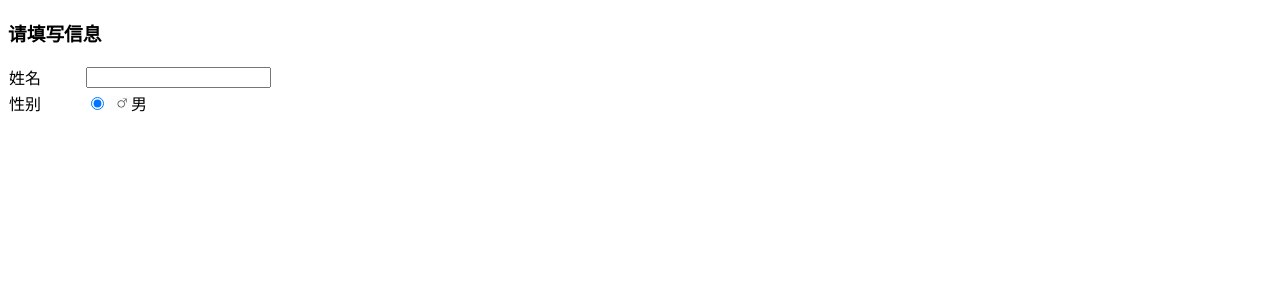
Repository: ls02/VSCode
Page: Java/2022/6-21-1/Test2.html
The author's editor kept a copy of each file at every save. The page is drawn from the files as they stood at one save, then again after the next save.
The browser window is 1280 px wide. The pictures show the whole page.

Above is the page before, as saved 2022-06-21 15:14:15.

### Java/2022/6-21-1/Test2.html
<!--
 * @Author: ls02 <2877455773@qq.com>
 * @Date: 2022-06-21 14:55:00
 * @LastEditors: ls02 <2877455773@qq.com>
 * @LastEditTime: 2022-06-21 15:14:15
 * @FilePath: \Java\2022\6-21-1\Test2.html
 * @Description:
 *
 * Copyright (c) 2022 by ${ls02 <2877455773@qq.com>}, All Rights Reserved.
-->
<!DOCTYPE html>
<html lang="en">
<head>
    <meta charset="UTF-8">
    <meta http-equiv="X-UA-Compatible" content="IE=edge">
    <meta name="viewport" content="width=device-width, initial-scale=1.0">
    <title>填写简历信息</title>
</head>
<body>
    <table width="500" cellspacing="0">
        <h3>请填写信息</h3>
        <tbody>
            <tr>
                <td>
                    <label for="name">姓名</label>
                </td>
                <td>
                    <input type="test" id="name">
                </td>
            </tr>
            <tr>
                <td>
                    性别
                </td>
                <td>
                    <input type="radio" name="sex" id="male" checked="checked">
                    <label for="male"><img src="./images/man.png" alt="" width="20px">男</label>
                </td>
            </tr>
        </tbody>
    </table>
</body>
</html>

After the next save:
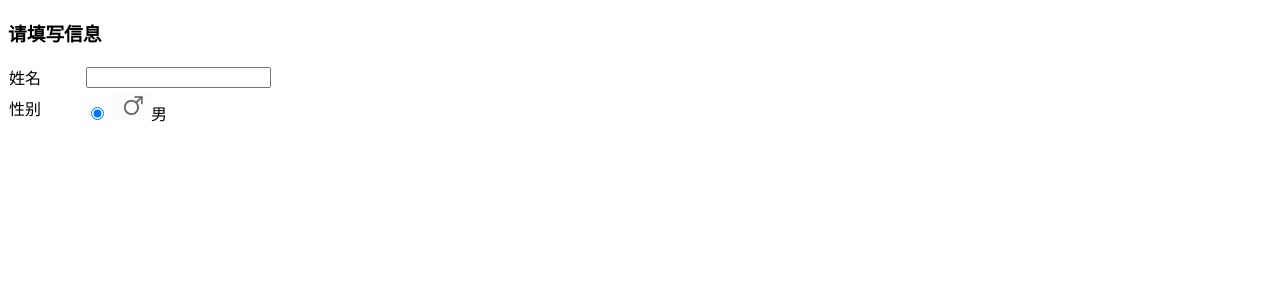
Saved 7 s later.
--- a/Java/2022/6-21-1/Test2.html
+++ b/Java/2022/6-21-1/Test2.html
@@ -34,7 +34,7 @@
                 </td>
                 <td>
                     <input type="radio" name="sex" id="male" checked="checked">
-                    <label for="male"><img src="./images/man.png" alt="" width="20px">男</label>
+                    <label for="male"><img src="./images/man.png" alt="" width="40px">男</label>
                 </td>
             </tr>
         </tbody>
